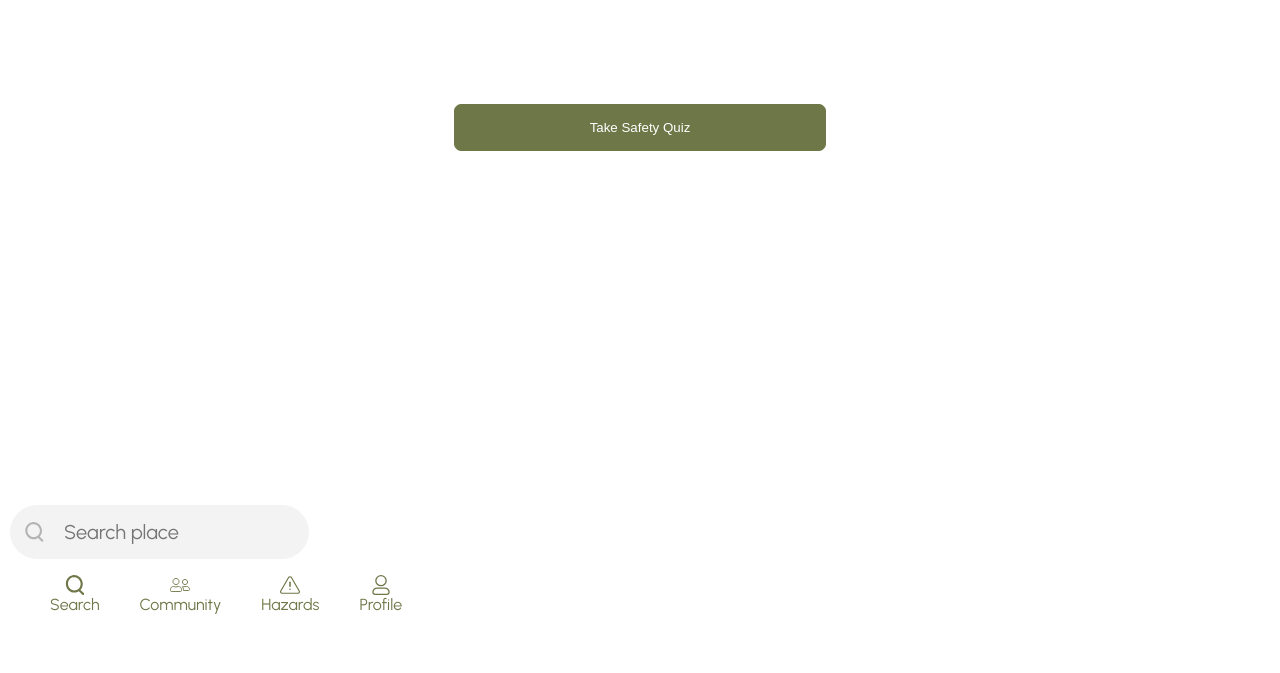
Repository: Aladdin3r/SafeCycle
Page: /
An editor plug-in stored every save of this project. The page is shown before and after the next save, followed by the edit.
The browser window is 1280 px wide. The pictures show the whole page.
The project was rebuilt for these pictures with package versions that can differ from the ones it lists, and the page was loaded fresh each time. The framework's server and built-in components were replaced by stand-ins that run in the browser.

Above is the page before, as saved 2024-04-15 12:59:06.

After the next save:
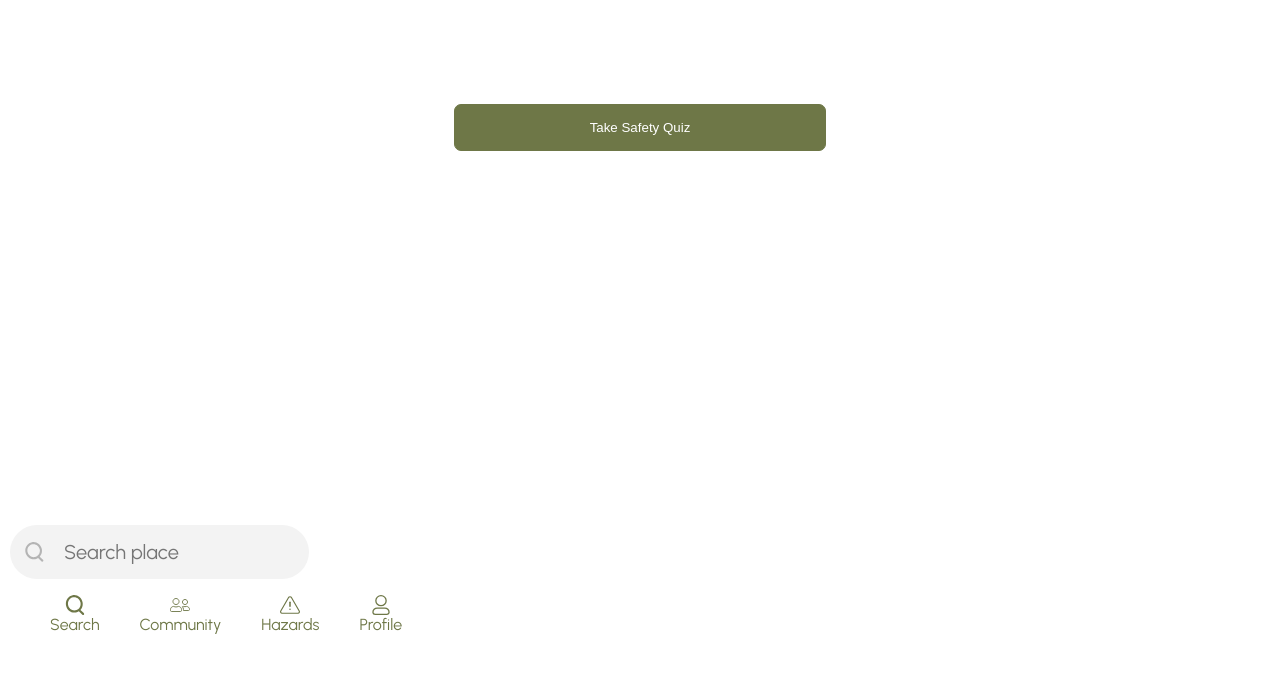
Saved 12 s later.
--- a/components/NavBar/NavBar.module.css
+++ b/components/NavBar/NavBar.module.css
@@ -41,7 +41,7 @@
 .navigation {
     width: 100%; /* Ensure full width */
     max-width: 400px; /* Set maximum width for mobile */
-    margin-bottom: 40px;
+    margin-bottom: 30px;
 }
 
 .navigation ul{
